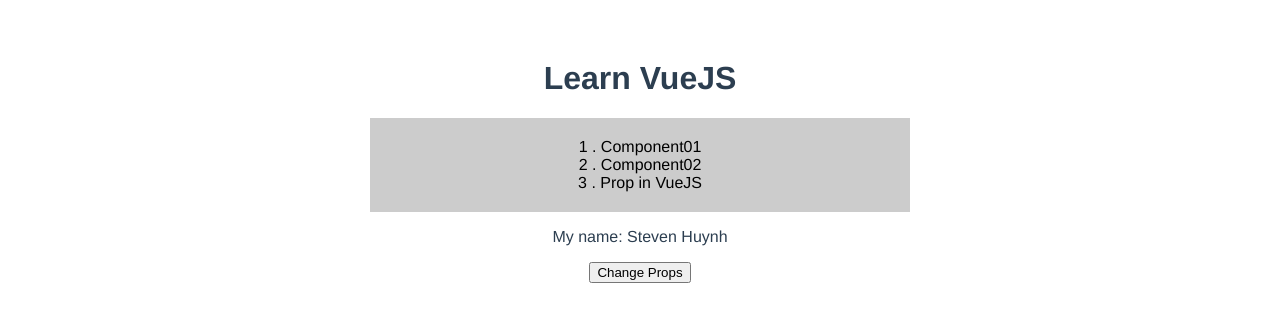
Repository: SWE-VueJS/vue-todo
Page: /#/User
The author's editor kept a copy of each file at every save. The page is drawn from the files as they stood at one save, then again after the next save.
The browser window is 1280 px wide. The pictures show the whole page.
The project was rebuilt for these pictures with package versions that can differ from the ones it lists, and the page was loaded fresh each time. Also part of the build but not shown: src/components/Component01.vue.

Above is the page before, as saved 2018-11-01 16:10:10.

### index.html
<!DOCTYPE html>
<html>
  <head>
    <meta charset="utf-8">
    <meta name="viewport" content="width=device-width,initial-scale=1.0">
    <title>vue-learn</title>
  </head>
  <body>
    <div id="app"></div>
    <!-- built files will be auto injected -->
  </body>
</html>

### src/App.vue
<template>
  <div id="app">
    <h1>{{title}}</h1>
    <div class="list-cpn">
      <ul class="list flexbox">
        <li class="item" v-for="(item, index) in listComponents" :key="index">
          <router-link :to="{path: item.link }">{{index + 1}} . {{item.name}}</router-link>
        </li>
      </ul>
    </div>
    <router-view/>
  </div>
</template>

<script>
import cpn01 from '@/components/Component01'
import cpn02 from '@/components/Component02'
import user from '@/components/User'
export default {
  components: {cpn01, cpn02, user},
  name: 'App',
  data: function(){
    return {
      title: 'Learn VueJS',
      listComponents: [
        {name: 'Component01', link: 'Component01'},
        {name: 'Component02', link: 'Component02'},
        {name: 'Prop in VueJS', link: 'User'}
      ]
    }
  }
}
</script>

<style>
a{
  color: #000;
  text-decoration: none;
}
#app {
  font-family: 'Avenir', Helvetica, Arial, sans-serif;
  -webkit-font-smoothing: antialiased;
  -moz-osx-font-smoothing: grayscale;
  text-align: center;
  color: #2c3e50;
  margin-top: 60px;
}
.flexbox{
  display: flex;
}
.justify-content-center{
  justify-content: center;
}
.list{
  list-style: none;
  flex-direction: column;
  background-color: #ccc;
  padding: 20px;
  width: 500px;
  margin: 0 auto;
}
</style>

### src/router/index.js
import Vue from 'vue'
import Router from 'vue-router'
import Component01 from '@/components/Component01'
import Component02 from '@/components/Component02'
import User from '@/components/User'

Vue.use(Router)

export default new Router({
  routes: [
    {
      path: '/Component01',
      name: 'cpn01',
      component: Component01
    },
    {
      path: '/Component02',
      name: 'cpn02',
      component: Component02
    },
     {
      path: '/User',
      name: 'user',
      component: User
    }
  ]
})

### src/components/User.vue
<template>
  <div class="wraper">
      <!-- <p>{{title}}</p>
      <p>{{name}}</p> -->
      <userdetail :getName="name"></userdetail>
      <button @click="ChangeProps">Change Props</button>
  </div>
</template>
<script>
    import userdetail from '@/components/UserDetail'
    export default{
        name: 'user',
        components: {userdetail},
        data (){
            return {
                title: 'Use props in VueJS',
                name: 'Steven Huynh'
            }
        },
        methods: {
            ChangeProps: function(){
                this.title = 'Change props in VueJS for User detail';
                this.name = 'Huynh Trong Dai'
            }
        }
    }
</script>
<style scoped>

</style>

### src/components/UserDetail.vue
<template>
  <div class="wraper">
      <p>{{getTitle}}</p>
      <p>My name: {{getName}}</p>
  </div>
</template>
<script>
    export default{
       props: ['getTitle', 'getName']
    }
</script>

### src/components/TodoList.vue
<template>
  <div class="wraper">
      <p>{{test}}</p>
  </div>
</template>
<script>
    export default{
        name: 'cpn01',
        data: function(){
            return {
                test: 'Component 01'
            }
        }
    }
</script>
<style scoped>

</style>

### src/components/Component02.vue
<template>
  <div class="wraper">
      <p>{{test}}</p>
  </div>
</template>
<script>
    export default{
        name: 'cpn02',
        data: function(){
            return {
                test: 'Component 02'
            }
        }
    }
</script>
<style scoped>

</style>

Loaded but not shown: src/main.js (common file)

After the next save:
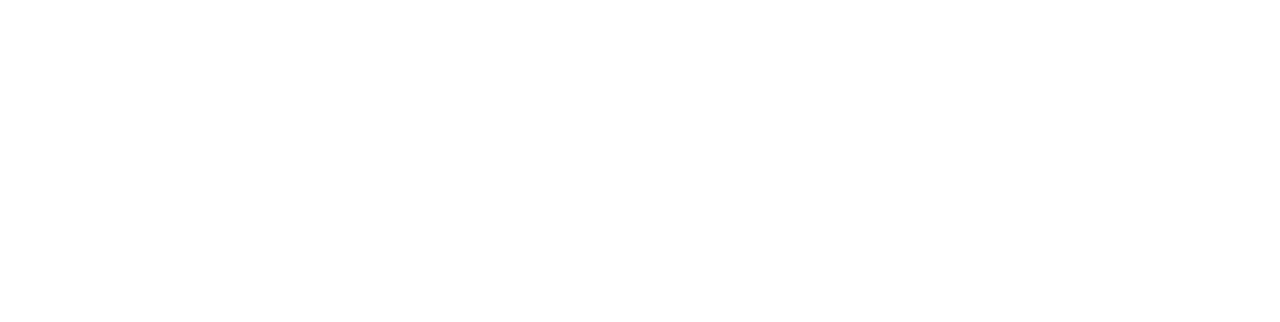
Console error: ReferenceError: cpn01 is not defined
Saved 83 s later.
--- a/src/App.vue
+++ b/src/App.vue
@@ -13,7 +13,7 @@
 </template>
 
 <script>
-import cpn01 from '@/components/Component01'
+import todolist from '@/components/TodoList'
 import cpn02 from '@/components/Component02'
 import user from '@/components/User'
 export default {
@@ -23,7 +23,7 @@
     return {
       title: 'Learn VueJS',
       listComponents: [
-        {name: 'Component01', link: 'Component01'},
+        {name: 'To Do List', link: 'TodoList'},
         {name: 'Component02', link: 'Component02'},
         {name: 'Prop in VueJS', link: 'User'}
       ]

After the save that followed:
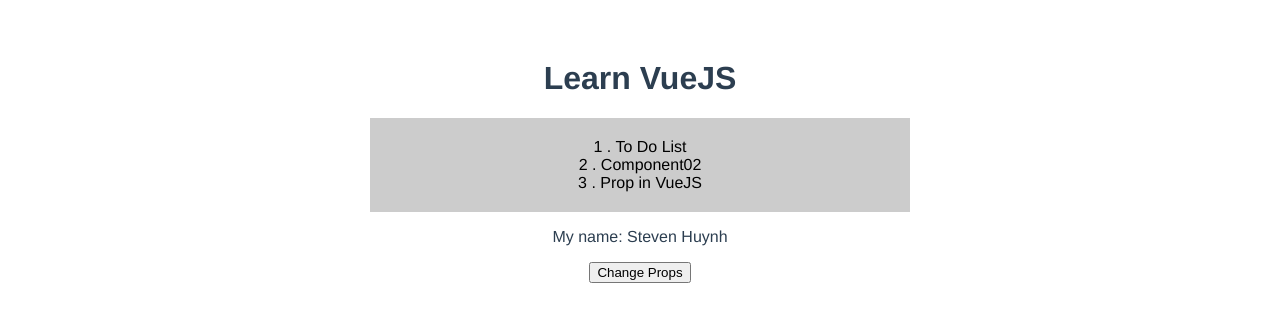
The error is gone.
Saved 51 s later.
--- a/src/App.vue
+++ b/src/App.vue
@@ -17,7 +17,7 @@
 import cpn02 from '@/components/Component02'
 import user from '@/components/User'
 export default {
-  components: {cpn01, cpn02, user},
+  components: {todolist, cpn02, user},
   name: 'App',
   data: function(){
     return {
